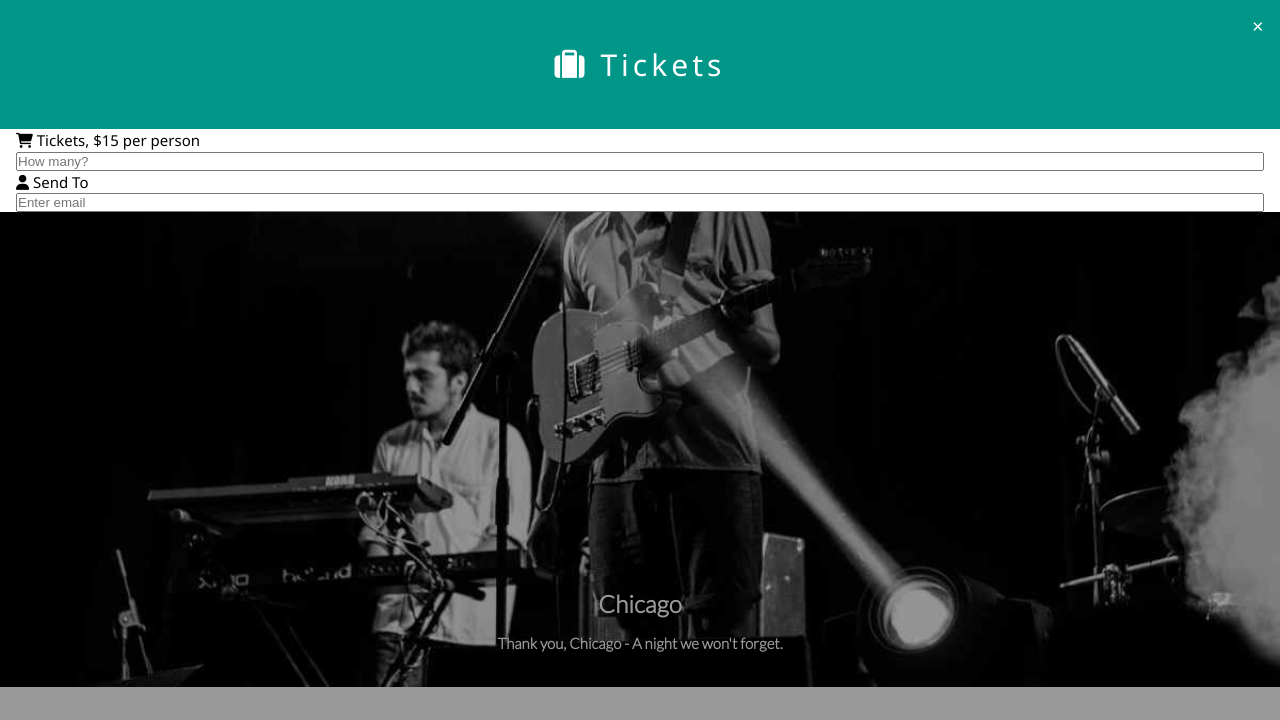
Repository: vanmanhAI/project-03-w3
Page: index.html
These files come from the project's save history. The page is drawn as it stood at one moment and after a run of saves; the edit follows.
The browser window is 1280 px wide. The pictures show the window.
A layer covers the whole window, so only the first screen is drawn. Some web libraries are served in a nearby version.

Above is the page before, as saved 2022-07-11 16:24:57.

After the next 2 saves:
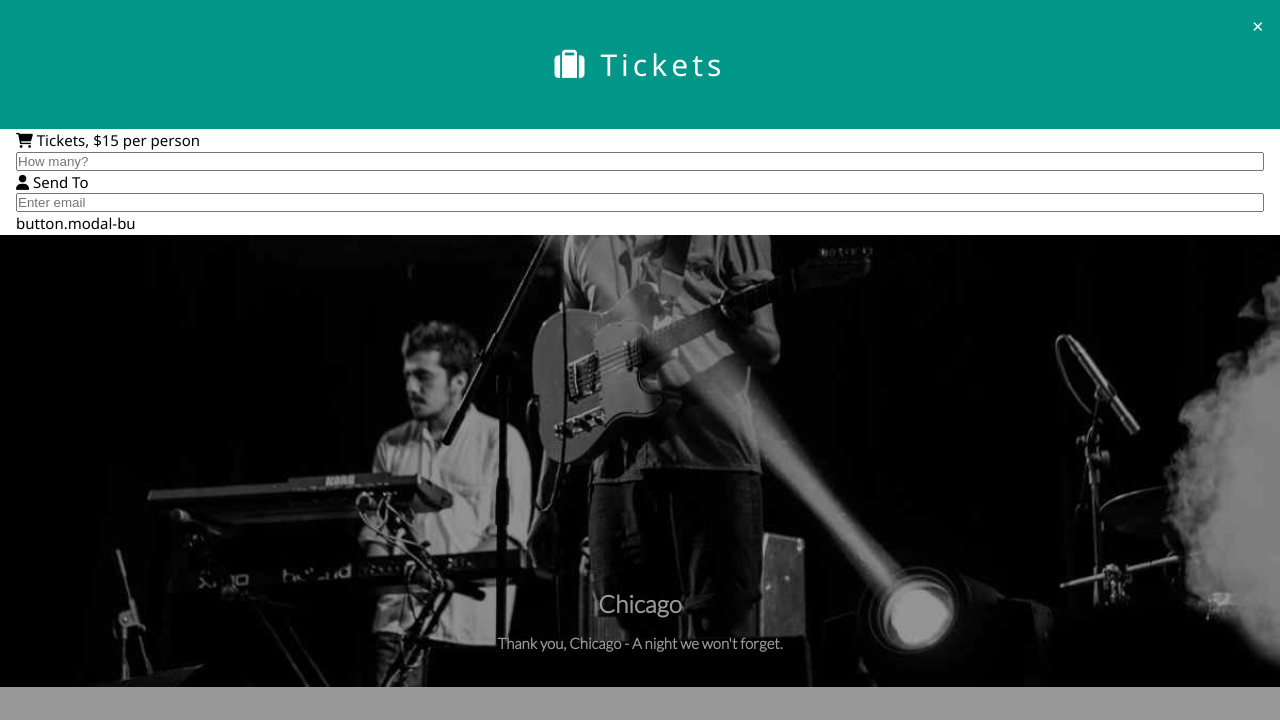
The 2 saves are shown as one change because they came seconds apart.
The last was saved 11 s later.
--- a/index.html
+++ b/index.html
@@ -131,7 +131,7 @@
                     Send To
                 </label>
                 <input type="text" name="" id="" placeholder="Enter email" class="modal-input">
-
+                button.modal-bu
             </div>
         </div>
     </div>
